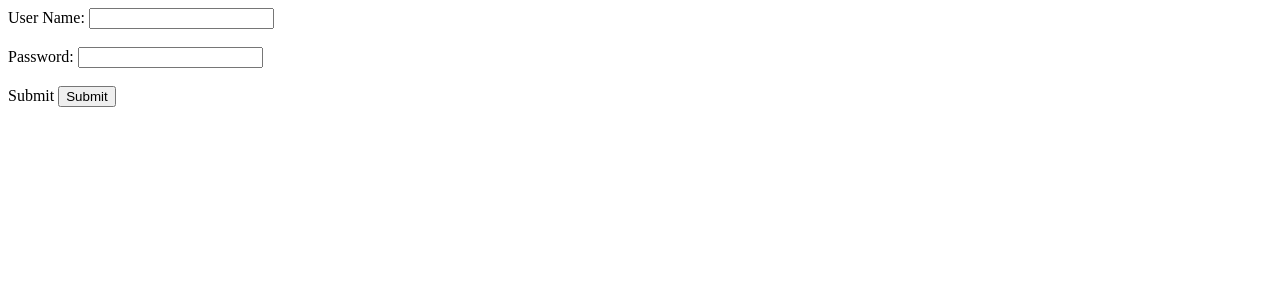
Repository: codeharshita/Code2.0
Page: Form Submission Basic Flow/src/main/webapp/UserForm.html
An editor plug-in stored every save of this project. The page is shown before and after the next save, followed by the edit.
The browser window is 1280 px wide. The pictures show the whole page.

Above is the page before, as saved 2024-01-06 15:11:00.

After the next save:
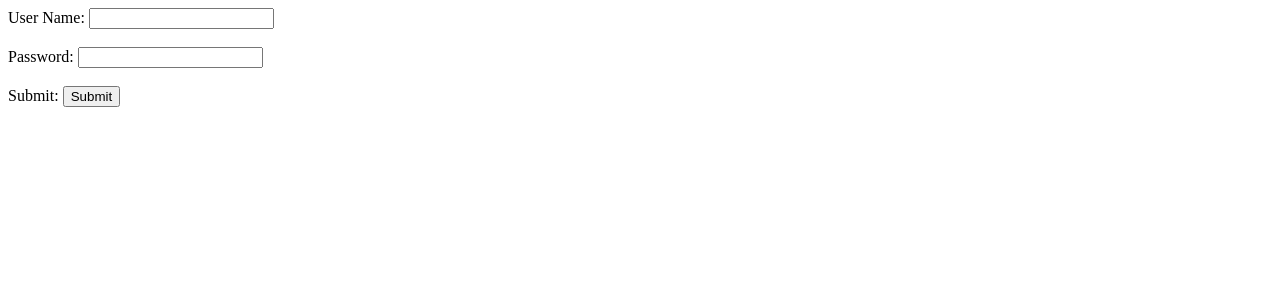
Saved 7 s later.
--- a/Form Submission Basic Flow/src/main/webapp/UserForm.html
+++ b/Form Submission Basic Flow/src/main/webapp/UserForm.html
@@ -10,7 +10,7 @@
 		<input type="text" id="userName" name="userName"><br><br>
 		<label for="pswd">Password: </label>
 		<input type="password" id="pswd" name="pswd"><br><br>
-		<label for="btn">Submit</label>
+		<label for="btn">Submit: </label>
 		<input type="submit" id="btn" name="btn">
 	</form>
 
